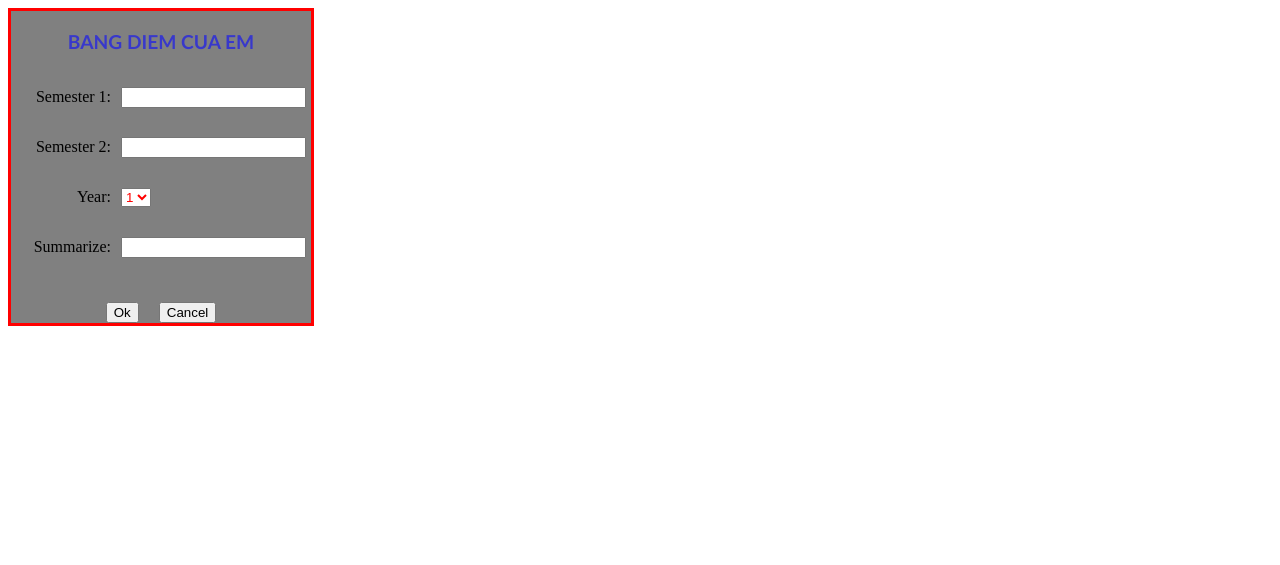
Repository: LeTiepTuyen/homework1
Page: table_score.html
An editor plug-in stored every save of this project. The page is shown before and after the next save, followed by the edit.
The browser window is 1280 px wide. The pictures show the whole page.

Above is the page before, as saved 2024-09-19 18:08:13.

After the next save:
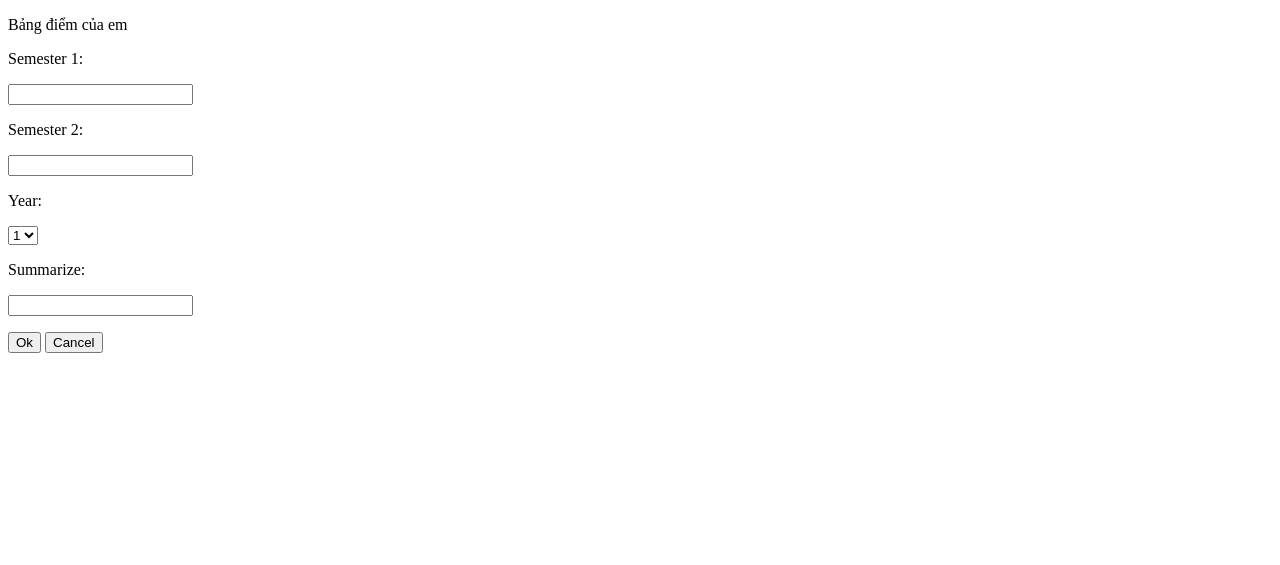
Not found: style.css
Saved 2 min 38 s later.
--- a/table_score.html
+++ b/table_score.html
@@ -4,61 +4,11 @@
     <meta charset="UTF-8" />
     <meta name="viewport" content="width=device-width, initial-scale=1.0" />
     <title>Score table</title>
-    <style>
-      .container {
-        justify-content: center;
-        align-items: center;
-        display: flex;
-        flex-direction: column;
-        background-color: grey;
-        border: solid;
-        border-color: red;
-        width: 300px;
-      }
-      .title {
-        text-transform: uppercase;
-        color: rgb(56, 56, 203);
-        font-size: larger;
-        font-family: "Gill Sans", "Gill Sans MT", Calibri, "Trebuchet MS", sans-serif;
-        font-weight: bold;
-      }
-      .function {
-        width: 100%;
-      }
-      .semester,
-      .year,
-      .summarize {
-        display: flex;
-        flex-direction: row;
-        align-items: center;
-        justify-content: flex-start;
-        gap: 10px;
-      }
-      .semester p,
-      .year p,
-      .summarize p {
-        width: 100px;
-        text-align: right;
-      }
-      .year input {
-        width: 30px;
-      }
-      #result {
-        color: red;
-        font-size: 30px;
-        padding-left: 10px;
-      }
-      .button {
-        justify-content: center;
-        align-items: center;
-        display: flex;
-        gap: 20px;
-      }
-    </style>
+    <link rel="stylesheet" href="style.css" />
   </head>
   <body>
     <div class="container">
-      <p class="title">Bang diem cua em</p>
+      <p class="title">Bảng điểm của em</p>
       <div class="function">
         <div class="semester">
           <p>Semester 1:</p>
@@ -70,7 +20,7 @@
         </div>
         <div class="year">
           <p>Year:</p>
-          <select id="yearSelect" style="color: red">
+          <select id="yearSelect">
             <option value="1">1</option>
             <option value="2">2</option>
             <option value="3">3</option>
@@ -99,19 +49,18 @@
         } else {
           const average = (semester1 + semester2 * year) / (year + 1);
           if (average >= 8) {
-            document.getElementById("result").innerHTML = "Hoc sinh gioi";
+            document.getElementById("result").innerHTML = "Học sinh giỏi";
           } else if (average >= 6.5) {
-            document.getElementById("result").innerHTML = "Hoc sinh kha";
+            document.getElementById("result").innerHTML = "Học sinh khá";
           } else if (average >= 5) {
-            document.getElementById("result").innerHTML = "Hoc sinh trung binh";
+            document.getElementById("result").innerHTML = "Học sinh trung bình";
           } else {
-            document.getElementById("result").innerHTML = "Hoc sinh yeu";
+            document.getElementById("result").innerHTML = "Học sinh yếu";
           }
           document.getElementById("summarize").value = average;
         }
       });
 
-      // Clear all inputs when the Cancel button is clicked
       document.getElementById("cancelButton").addEventListener("click", function () {
         document.getElementById("semester1").value = "";
         document.getElementById("semester2").value = "";

After the 3 saves that followed:
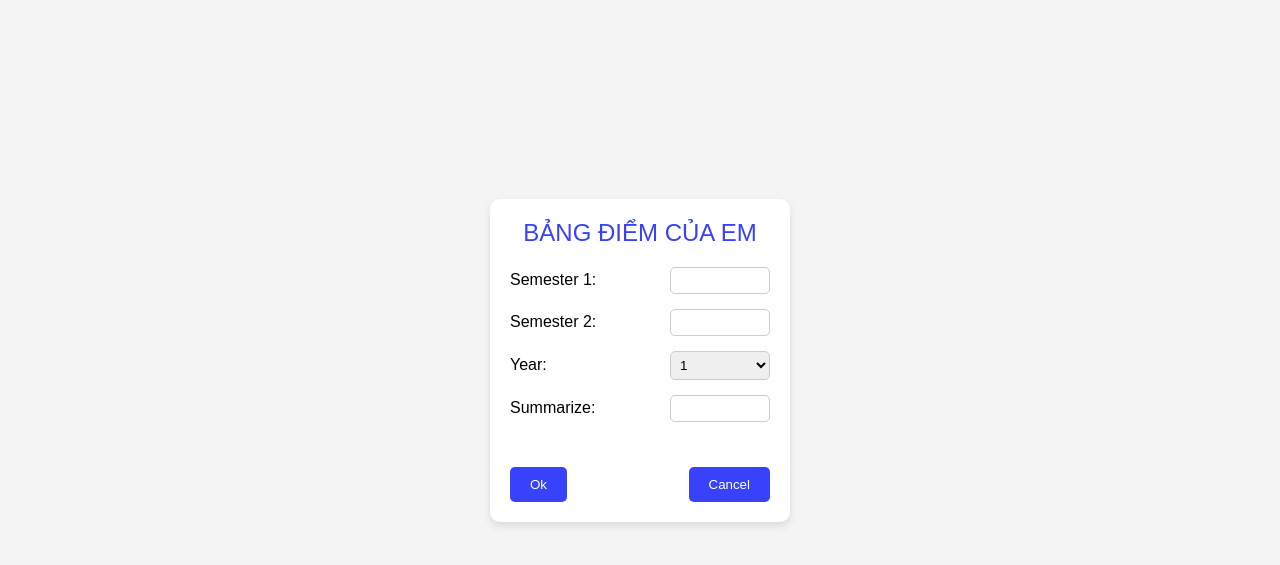
The 3 saves are shown as one change because 1 left the picture as it was and some came seconds apart.
The last was saved 51 s later.
--- a/table_score.html
+++ b/table_score.html
@@ -4,7 +4,7 @@
     <meta charset="UTF-8" />
     <meta name="viewport" content="width=device-width, initial-scale=1.0" />
     <title>Score table</title>
-    <link rel="stylesheet" href="style.css" />
+    <link rel="stylesheet" href="style_table_score.css" />
   </head>
   <body>
     <div class="container">
--- /dev/null
+++ b/style_table_score.css
@@ -0,0 +1,80 @@
+* {
+  box-sizing: border-box;
+  margin: 0;
+  padding: 0;
+  font-family: Arial, sans-serif;
+}
+
+body {
+  background-color: #f4f4f4;
+  display: flex;
+  justify-content: center;
+  align-items: center;
+  height: 100vh;
+}
+
+.container {
+  background-color: #fff;
+  border-radius: 10px;
+  box-shadow: 0px 4px 8px rgba(0, 0, 0, 0.1);
+  padding: 20px;
+  width: 300px;
+}
+
+.title {
+  text-transform: uppercase;
+  color: #3742fa;
+  font-size: 24px;
+  text-align: center;
+  margin-bottom: 20px;
+}
+
+.function {
+  display: flex;
+  flex-direction: column;
+  gap: 15px;
+}
+
+.semester,
+.year,
+.summarize {
+  display: flex;
+  justify-content: space-between;
+  align-items: center;
+}
+
+.semester input,
+.year select,
+.summarize input {
+  width: 100px;
+  padding: 5px;
+  border: 1px solid #ccc;
+  border-radius: 5px;
+}
+
+#result {
+  color: red;
+  font-size: 18px;
+  text-align: center;
+  margin-top: 10px;
+}
+
+.button {
+  display: flex;
+  justify-content: space-between;
+  margin-top: 20px;
+}
+
+button {
+  padding: 10px 20px;
+  background-color: #3742fa;
+  color: white;
+  border: none;
+  border-radius: 5px;
+  cursor: pointer;
+  transition: background-color 0.3s ease;
+}
+
+button:hover {
+  background-color: #5764ff;
+}
